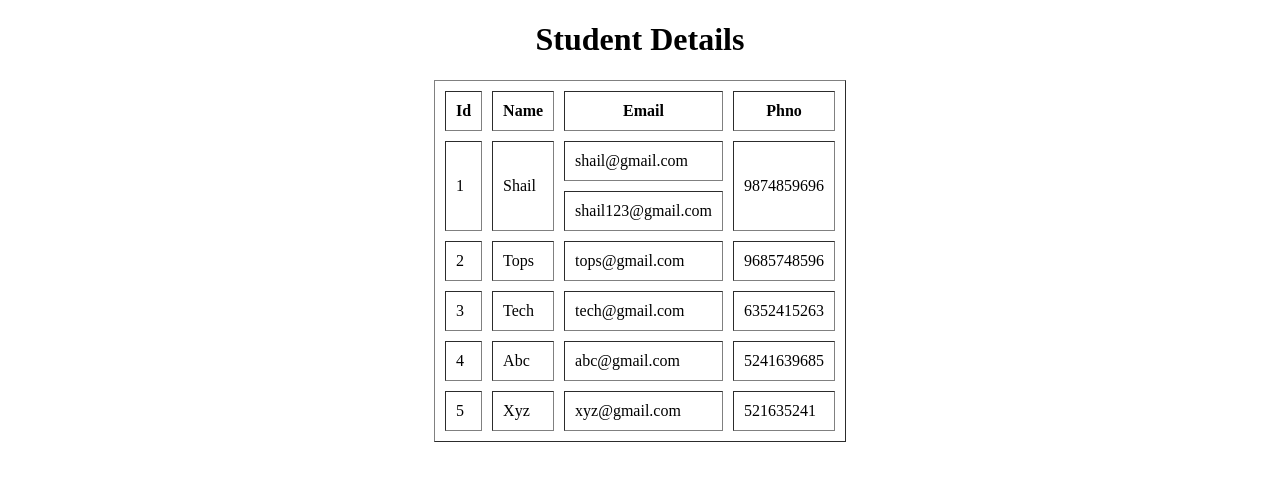
Repository: Chintan-elite/Java_Shail
Page: Learning_web/src/main/webapp/Table.html
The author's editor kept a copy of each file at every save. The page is drawn from the files as they stood at one save, then again after the next save.
The browser window is 1280 px wide. The pictures show the whole page.

Above is the page before, as saved 2023-09-11 11:48:51.

After the next save:
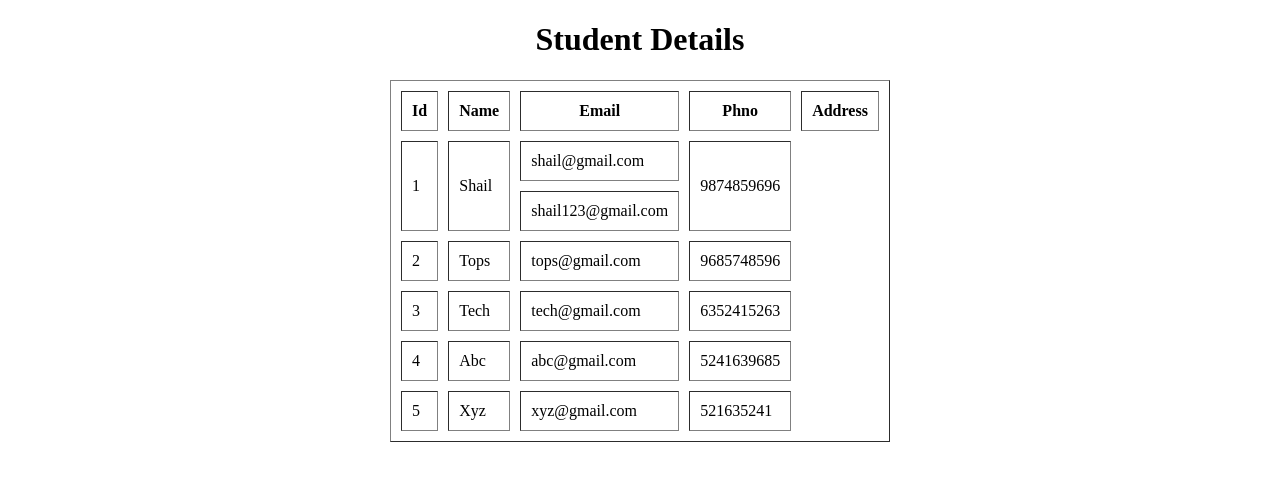
Saved 37 s later.
--- a/Learning_web/src/main/webapp/Table.html
+++ b/Learning_web/src/main/webapp/Table.html
@@ -13,6 +13,7 @@
 			<th>Name</th>
 			<th>Email</th>
 			<th>Phno</th>
+			<th>Address</th>
 		</tr>
 
 		<tr>
